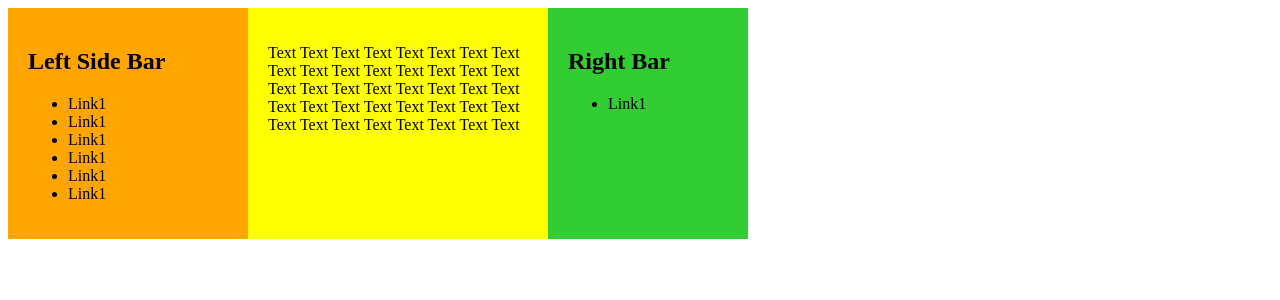
Repository: lixinso/html5
Page: workspace/CSS3/WebContent/layout/layout_box_ordinal_group.html
These files come from the project's save history. The page is drawn as it stood at one moment and after the next save; the edit follows.
The browser window is 1280 px wide. The pictures show the whole page.

Above is the page before, as saved 2011-05-28 16:20:01.

### workspace/CSS3/WebContent/layout/layout_box_ordinal_group.html
<?xml version="1.0" encoding="UTF-8" ?>
<!DOCTYPE html PUBLIC "-//W3C//DTD XHTML 1.0 Transitional//EN" "http://www.w3.org/TR/xhtml1/DTD/xhtml1-transitional.dtd">
<html xmlns="http://www.w3.org/1999/xhtml">
<head>
<meta http-equiv="Content-Type" content="text/html; charset=UTF-8" />
<title>Insert title here</title>
<style type="text/css">

	#container{
		display: -webkit-box;
	}
	#left-sidebar{
		width: 200px;
		padding: 20px;
		background-color: orange;
	}
	#contents{
		width: 300px;
		padding: 20px;
		background-color: yellow;
	}
	#right-sidebar{
		width: 200px;
		padding: 20px;
		background-color: limegreen;
	}
	#right-sidebar, #contents, #right-sidebar{
		-webkit-box-sizing: border-box;
	}

</style>
</head>
<body>

	<div id="container">
		<div id="left-sidebar">
			<h2>Left Side Bar</h2>
			<ul>
				<li>Link1</li>
				<li>Link1</li>
				<li>Link1</li>
				<li>Link1</li>
				<li>Link1</li>
				<li>Link1</li>
			</ul>
		</div>
		<div id="contents">
			<p>
				 Text Text Text Text Text Text Text Text Text Text Text Text Text Text Text
				  Text Text Text Text Text Text Text Text Text Text Text Text Text Text Text
				   Text Text Text Text Text Text Text Text Text Text
			</p>
		</div>
		<div id="right-sidebar">
			<h2>Right Bar</h2>
			<ul>
				<li>Link1</li>
			</ul>
		</div>
	</div>

</body>
</html>

After the next save:
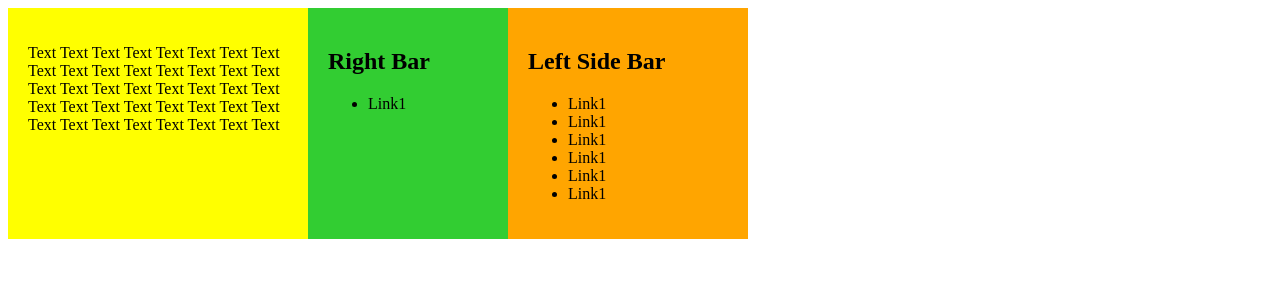
Saved 3 min 37 s later.
--- a/workspace/CSS3/WebContent/layout/layout_box_ordinal_group.html
+++ b/workspace/CSS3/WebContent/layout/layout_box_ordinal_group.html
@@ -10,6 +10,7 @@
 		display: -webkit-box;
 	}
 	#left-sidebar{
+		-webkit-box-ordinal-group: 3;
 		width: 200px;
 		padding: 20px;
 		background-color: orange;
